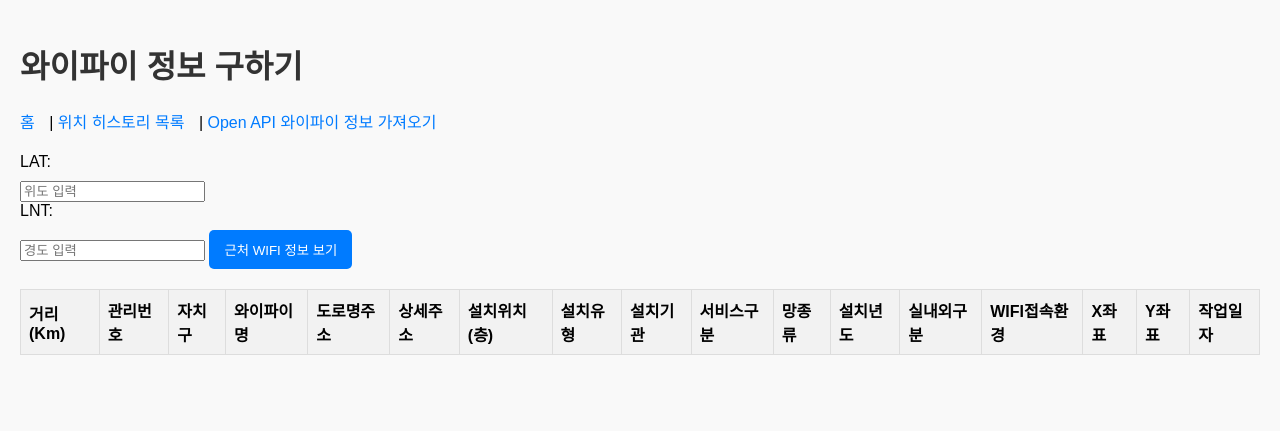
Repository: sangpyolee0/zerobase_task
Page: http://localhost/WifiProject/
These files come from the project's save history. The page is drawn as it stood at one moment and after the next save; the edit follows.
The browser window is 1280 px wide. The pictures show the whole page.
The page is served by Tomcat 9.

Above is the page before, as saved 2024-12-08 18:08:12.

After the next save:
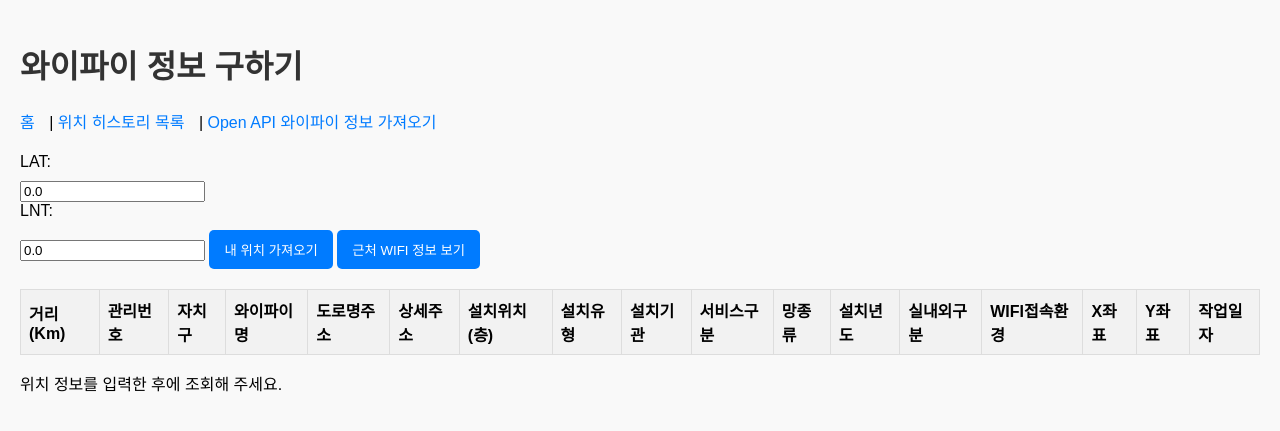
Saved 7 s later.
--- a/WifiProject/src/main/webapp/index.jsp
+++ b/WifiProject/src/main/webapp/index.jsp
@@ -9,16 +9,19 @@
     <div class="container">
         <h1>와이파이 정보 구하기</h1>
         <nav>
-            <a href="index.jsp">홈</a> |
-            <a href="history.jsp">위치 히스토리 목록</a> |
+            <a href="index.jsp">홈</a>
+            <span>|</span>
+            <a href="history.jsp">위치 히스토리 목록</a>
+            <span>|</span>
             <a href="add-wifi.jsp">Open API 와이파이 정보 가져오기</a>
         </nav>
-        <form action="nearby-wifi.jsp" method="get">
+        <form>
             <label for="lat">LAT:</label>
-            <input type="text" id="lat" name="lat" placeholder="위도 입력">
+            <input type="text" id="lat" name="lat" value="0.0">
             <label for="lnt">LNT:</label>
-            <input type="text" id="lnt" name="lnt" placeholder="경도 입력">
-            <button type="submit">근처 WIFI 정보 보기</button>
+            <input type="text" id="lnt" name="lnt" value="0.0">
+            <button type="button" onclick="fetchLocation()">내 위치 가져오기</button>
+            <button type="button" onclick="fetchWifiData()">근처 WIFI 정보 보기</button>
         </form>
         <table>
             <thead>
@@ -46,6 +49,16 @@
                 <!-- 데이터가 렌더링됩니다. -->
             </tbody>
         </table>
+        <p class="message">위치 정보를 입력한 후에 조회해 주세요.</p>
     </div>
 </body>
+<script>
+    function fetchLocation() {
+        // 내 위치 가져오기 로직
+    }
+
+    function fetchWifiData() {
+        // AJAX 요청으로 근처 WIFI 데이터 가져오기
+    }
+</script>
 </html>
